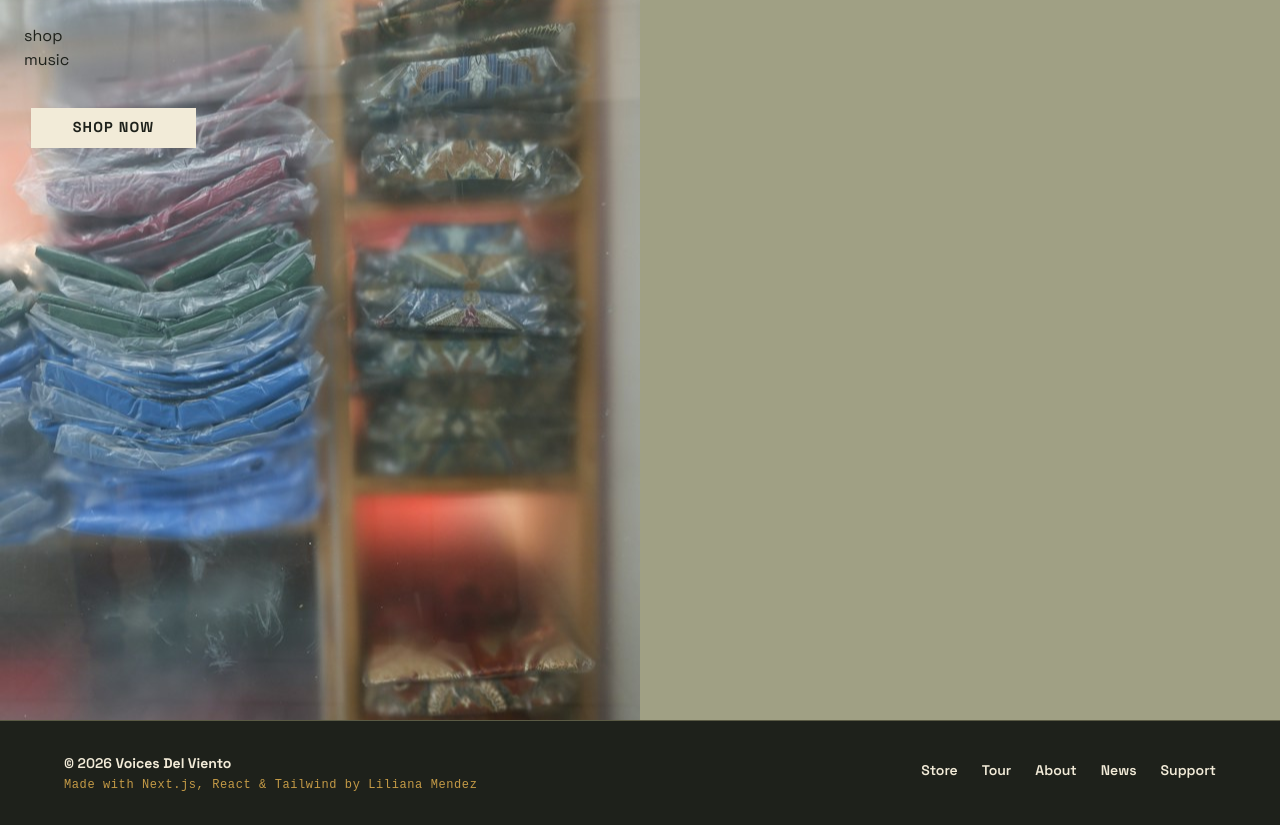
Repository: lime929/voices-del-viento
Page: /
The author's editor kept a copy of each file at every save. The page is drawn from the files as they stood at one save, then again after the next save.
The browser window is 1280 px wide. The pictures show the part of the page from y = 601 to 1426 px (the page is 1426 px tall).
The project was rebuilt for these pictures with package versions that can differ from the ones it lists, and the page was loaded fresh each time. The framework's server and built-in components were replaced by stand-ins that run in the browser. Also part of the build but not shown: next.config.mjs.

Above is the page before, as saved 2026-09-27 15:59:44.

After the next save:
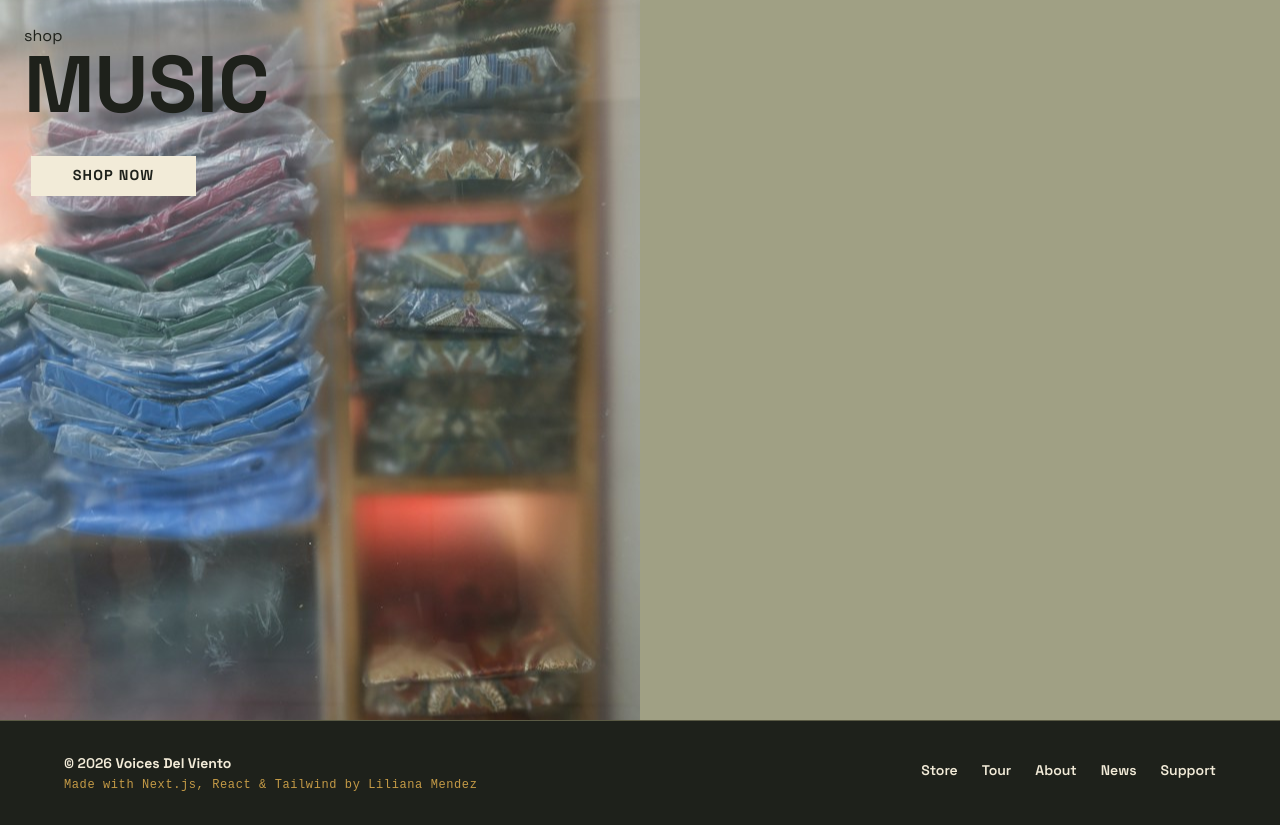
Saved 59 s later.
--- a/app/page.module.css
+++ b/app/page.module.css
@@ -100,24 +100,23 @@
 }
 
 /* shop grid */
-/* .shopGrid {
-    display: grid;
-    grid-template-columns: repeat(2, minmax(0, 1fr));
-}
-.gridCard {
-  display: flex;
-  flex-direction: column;
-  padding: 1.5rem;
-  color: var(--color-band-ink);
-  background-image: url('../public/images/home/merch.jpg');
-  height: 100%;
-} */
  .shopGrid {
   display: grid;
   grid-template-columns: repeat(2, minmax(0, 1fr));
   min-height: 100vh;
 }
 
+.gridCard p {
+
+}
+.gridCard h2 {
+  margin: 0;
+  font-size: clamp(3rem, 8vw, 5rem);
+  line-height: 0.9;
+  font-weight: 900;
+  white-space: nowrap;
+  text-transform: uppercase;
+}
 .gridCard {
   display: flex;
   flex-direction: column;
